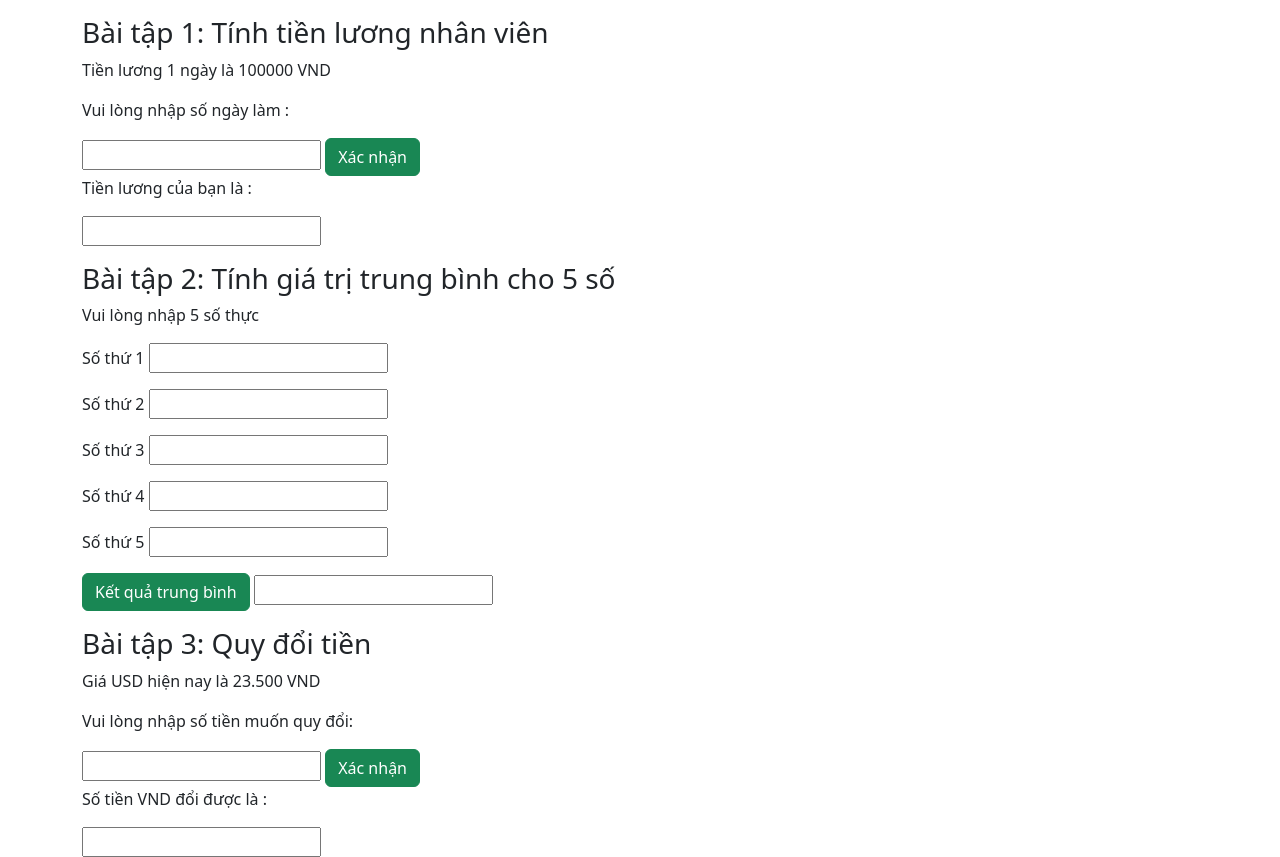
Repository: hcozyph/TranHuuPhuoc_BC43_BT_JS_Buoi2
Page: index.html
An editor plug-in stored every save of this project. The page is shown before and after a run of saves, followed by the edit.
The browser window is 1280 px wide. The pictures show the whole page.

Above is the page before, as saved 2023-01-21 22:22:13.

After the next 2 saves:
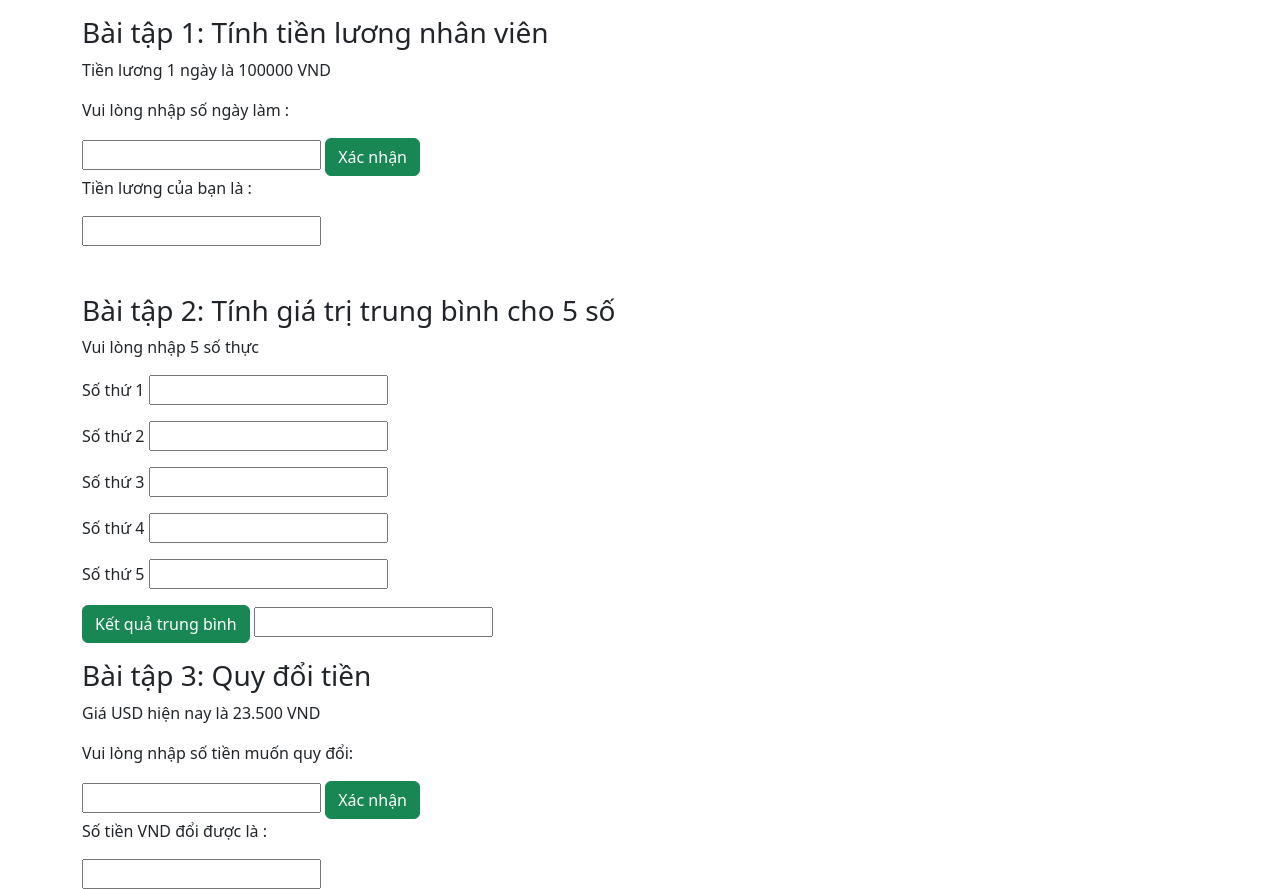
The 2 saves are shown as one change because they came seconds apart.
The last was saved 21 s later.
--- a/index.html
+++ b/index.html
@@ -51,7 +51,7 @@
 
             <!-- BT2 -->
             <div class="BT2">
-                <h1 class="fs-3 mt-3">
+                <h1 class="fs-3 mt-5">
                     Bài tập 2: Tính giá trị trung bình cho 5 số
                 </h1>
                 <p>Vui lòng nhập 5 số thực</p>
